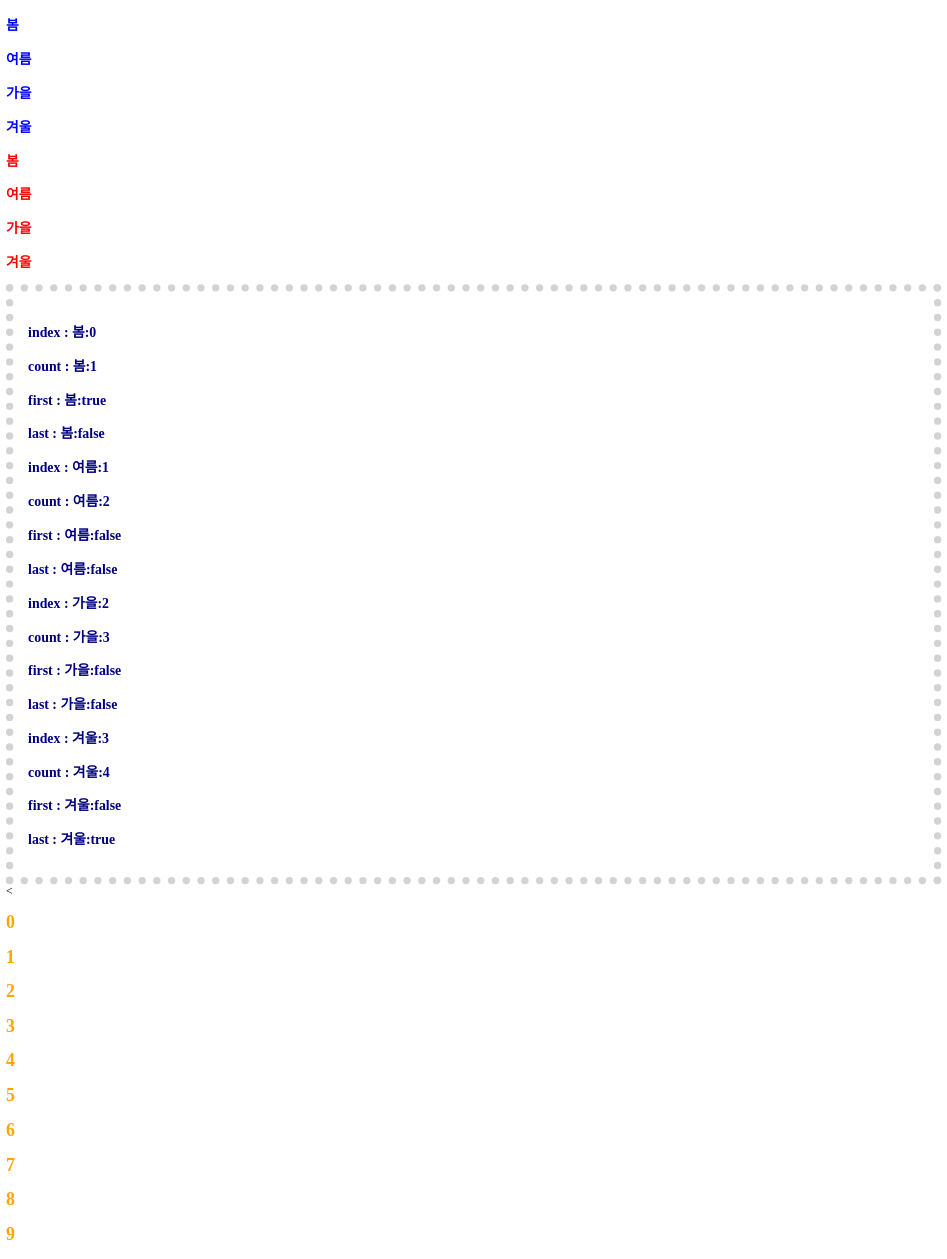
Repository: UnibusK/Java-Study
Page: http://localhost/JSP31/
These files come from the project's save history. The page is drawn as it stood at one moment and after the next save; the edit follows.
The browser window is 1280 px wide. The pictures show the whole page, at 74% of full size.
The page is served by Tomcat 9.

Above is the page before, as saved 2023-12-07 06:20:50.

### JSP/JSP31/src/main/webapp/index.jsp
<%@ page language="java" contentType="text/html; charset=UTF-8"
    pageEncoding="UTF-8"%>
<%@ taglib uri="http://java.sun.com/jsp/jstl/core" prefix="c" %>
<!DOCTYPE html>
<html>
	<head>
		<meta charset="UTF-8">
		<title>JSTL 반복문(for문)</title>
	</head>
	<body>
		<%
			String[] season={"봄", "여름", "가을", "겨울"};
			//일반 for문 방식
			for(int i=0; i<season.length; i++){
				out.print("<h3 style='color:blue';>"+season[i]+"</h3>");
			}

			//향상된 for문(improved for)
			for(String str:season){
				%><h3 style='color:red;'><%=str %></h3><%
			}
			pageContext.setAttribute("arr",season);
		%>
		<!-- varStatus : JSTL forEach가 가동되는 동안 var 변수의 상태를 저장해둔 객체 -->
		<!-- varStatue.index : 0번부터 length-1까지 존재하는 고유 번호 배열번호-->
		<!-- varStatue.count : 반복 횟수를 알려주는 필드, 1부터 시작 -->
		<!-- varStatue.first : 최초의 데이터 인지를 판별, 값은 boolean을 가지고 있음 -->
		<!-- varStatue.last : 최후의 데이터 인지를 판별, 값은 boolean을 갖고 있음 -->
		<c:forEach var="str" items="${arr }" varStatus="iter">
			<c:if test="${iter.first }">
				<div style="border:10px dotted lightgray; padding:20px;">
			</c:if>
			<!-- index -->
			<h3 style='color:navy;'>index : ${str }:${iter.index }</h3>
			<!-- count -->
			<h3 style='color:navy;'>count : ${str }:${iter.count }</h3>
			<!-- first -->
			<h3 style='color:navy;'>first : ${str }:${iter.first }</h3>
			<!-- last -->
			<h3 style='color:navy;'>last : ${str }:${iter.last }</h3>
			<c:if test="${iter.last }">
				</div>
			</c:if>
		</c:forEach>

		<<%
			for(int i=0; i<10; i++){
				out.print("<H2 style='color:orange'>"+i+"</h2>");
			}
		%>
	</body>
</html>

After the next save:
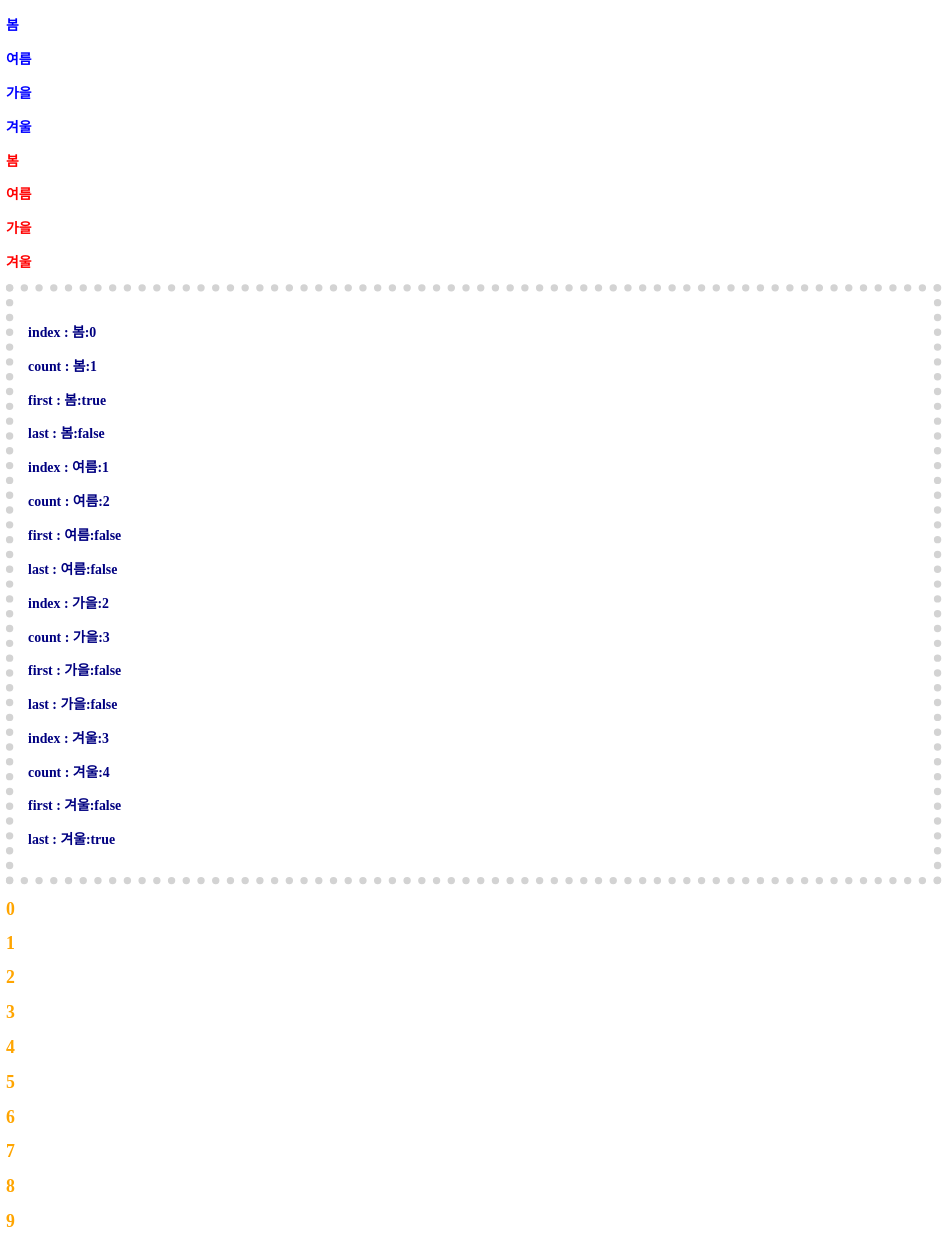
Saved 10 s later.
--- a/JSP/JSP31/src/main/webapp/index.jsp
+++ b/JSP/JSP31/src/main/webapp/index.jsp
@@ -43,7 +43,7 @@
 			</c:if>
 		</c:forEach>
 
-		<<%
+		<%
 			for(int i=0; i<10; i++){
 				out.print("<H2 style='color:orange'>"+i+"</h2>");
 			}
